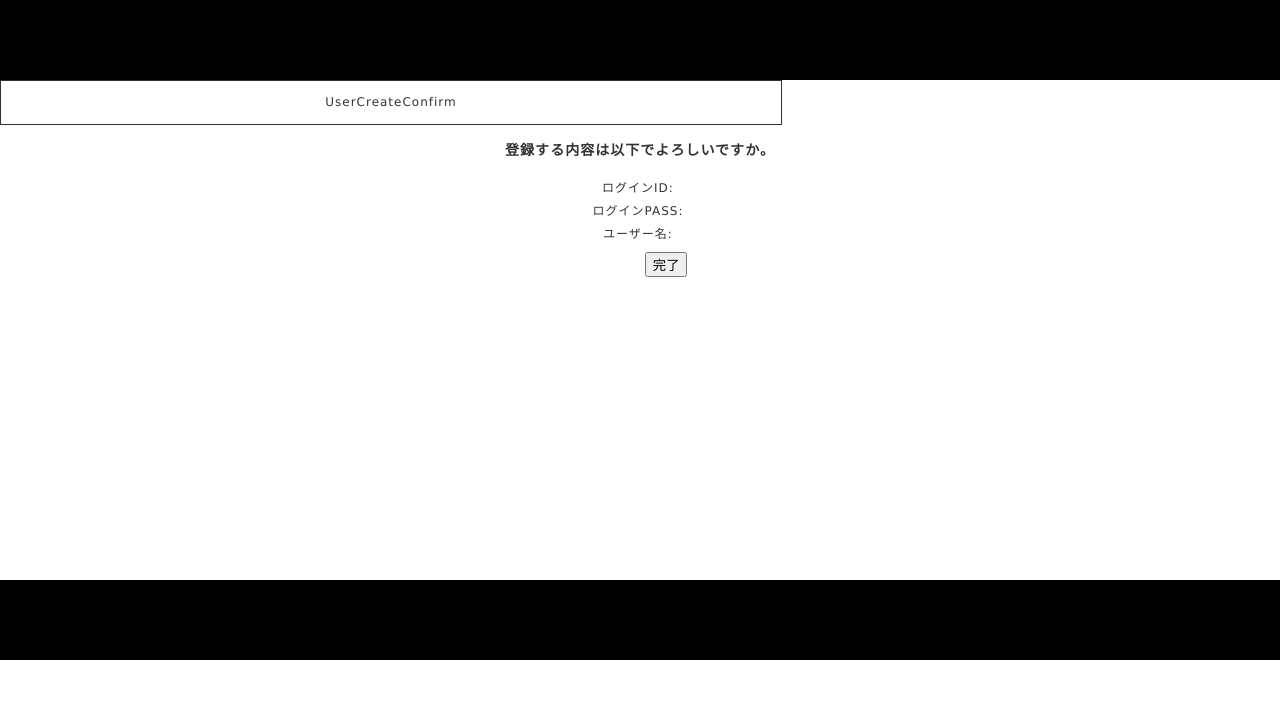
Repository: ichiharashu/test2
Page: http://localhost/template/userCreateConfirm.jsp
An editor plug-in stored every save of this project. The page is shown before and after the next save, followed by the edit.
The browser window is 1280 px wide. The pictures show the whole page.
The page is served by Tomcat 9. Other server files are loaded and not shown.

Above is the page before, as saved 2018-12-17 10:42:55.

### template/WebContent/userCreateConfirm.jsp
<%@ page language="java" contentType="text/html; charset=UTF-8"
    pageEncoding="UTF-8"%>
    <%@ taglib prefix="s" uri="/struts-tags"%>
<!DOCTYPE html PUBLIC "-//W3C//DTD HTML 4.01 Transitional//EN" "http://www.w3.org/TR/html4/loose.dtd">
<html>
<head>
<meta http-equiv="Content-Type" content="text/html; charset=UTF-8">
<meta http-equiv="Content-Style-Type" content="text/css">
<meta http-equiv="Content-Script-Type" content="text/javascript">
<meta http-equiv="imagetoolbar" content="no">
<meta name="descripton" content="">
<meta name="keywords" content="">
<title>UserCreateCinfirm画面</title>

<style type="text/css">

/*=============TAG LAYOUT==============*/
body{
margin:0;
padding:0;
line-height:1.6;
letter-spacing:1px;
font-family:Verdana,Helvetica,sans-serif;
font-size:12px;
color:#333;
background:#fff;
}

table{
text-align:center;
margin:0 auto;
}

/*============ID LAYOUT============*/
#top{
width:780px;
margin:30pxauto;
border:1px solid #333;
}

#header{
width:100%;
height:80px;
background-color:black;
}

#main{
width:100%;
height:500px;
text-align:center;
}

#footer{
width:100%;
height:80px;
background-color:black;
clear:both;
}

</style>
</head>
<body>

<div id="header">
<div id="pr">
</div>
</div>

<div id="main">

<div id="top">
<p>UserCreateConfirm</p>
</div>

<div>
<h3>登録する内容は以下でよろしいですか。</h3>
<table>
<s:form action="UserCreateCompleteAction">
<tr id="box">
<td>
<label>ログインID:</label>
</td>
<td>
<s:property value="loginUserId" escape="false"/>
</td>
</tr>

<tr id="box">
<td>
<label>ログインPASS:</label>
</td>
<td>
<s:property value="loginPassword" escape="false"/>
</td>
</tr>

<tr id="box">
<td>
<label>ユーザー名:</label>
</td>
<td>
<s:property value="userName" escape="false"/>
</td>
</tr>

<tr>
<td>
<s:submit value="完了"/>
</td>
</tr>
</s:form>

</table>
</div>
</div>

<div id="footer">
<div id="pr">
</div>
</div>

</body>
</html>

After the next save:
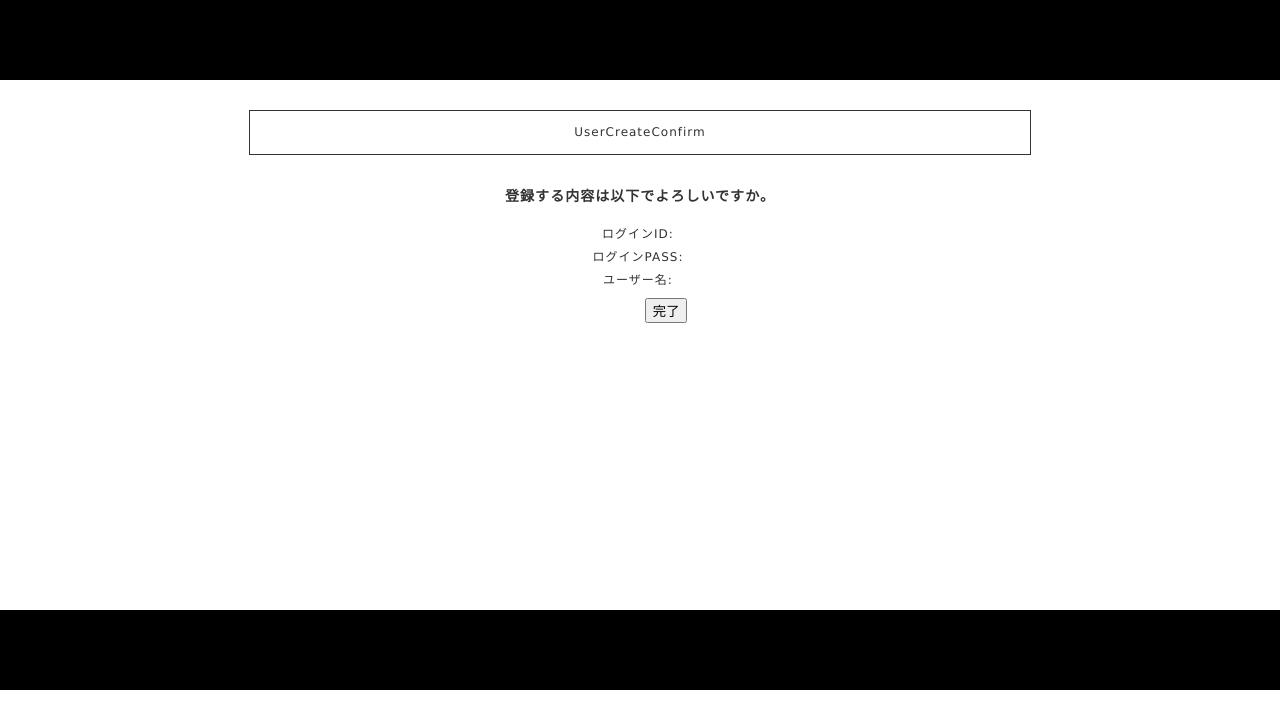
Saved 2 min 59 s later.
--- a/template/WebContent/userCreateConfirm.jsp
+++ b/template/WebContent/userCreateConfirm.jsp
@@ -4,13 +4,13 @@
 <!DOCTYPE html PUBLIC "-//W3C//DTD HTML 4.01 Transitional//EN" "http://www.w3.org/TR/html4/loose.dtd">
 <html>
 <head>
-<meta http-equiv="Content-Type" content="text/html; charset=UTF-8">
-<meta http-equiv="Content-Style-Type" content="text/css">
-<meta http-equiv="Content-Script-Type" content="text/javascript">
-<meta http-equiv="imagetoolbar" content="no">
-<meta name="descripton" content="">
-<meta name="keywords" content="">
-<title>UserCreateCinfirm画面</title>
+<meta http-equiv="Content-Type" content="text/html; charset=UTF-8"/>
+<meta http-equiv="Content-Style-Type" content="text/css"/>
+<meta http-equiv="Content-Script-Type" content="text/javascript"/>
+<meta http-equiv="imagetoolbar" content="no"/>
+<meta name="descripton" content=""/>
+<meta name="keywords" content=""/>
+<title>UserCreateConfirm画面</title>
 
 <style type="text/css">
 
@@ -34,7 +34,7 @@ margin:0 auto;
 /*============ID LAYOUT============*/
 #top{
 width:780px;
-margin:30pxauto;
+margin:30px auto;
 border:1px solid #333;
 }
 
